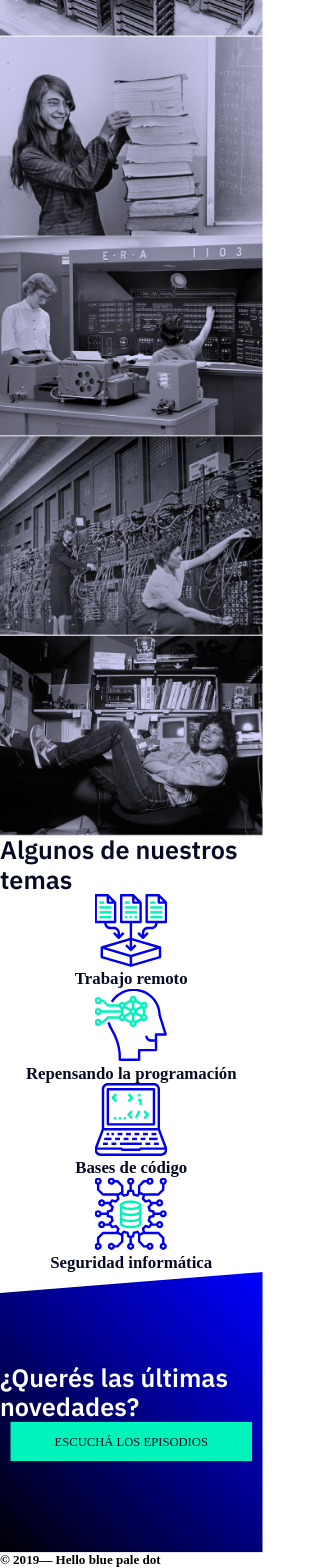
Repository: FedeGA93/podcast
Page: index.html
An editor plug-in stored every save of this project. The page is shown before and after the next save, followed by the edit.
The browser window is 375 px wide. The page is 375 px wide, then 473 px, so the pictures cover 473 px, including what lies to the right of the window. The pictures show the part of the page from y = 2855 to 5095 px (the page is 5095 px tall before and 4744 px after), at 70% of full size.
Some web libraries are served in a nearby version.

Above is the page before, as saved 2019-11-24 20:59:10.

### index.html
<!DOCTYPE html>
<html lang="es">

<head>
    <meta charset="UTF-8">
    <meta name="viewport" content="width=device-width, initial-scale=1.0">
    <meta http-equiv="X-UA-Compatible" content="ie=edge">
    <title>BlueDot</title>
    <link rel="stylesheet" href="styles/styles.css">
    <link href="https://fonts.googleapis.com/css?family=IBM+Plex+Mono|IBM+Plex+Sans:400,400i,500,600&display=swap"
        rel="stylesheet">
    <link rel="stylesheet" href="https://cdnjs.cloudflare.com/ajax/libs/font-awesome/5.11.2/css/all.css">
</head>

<body>
    <header>
        <div class="menu">
            <div>
                <img src="images/logo.svg" alt="Logo del podcast" class="responsive-logo">
            </div>
            <div>
                <nav>
                    <input type="checkbox" />
                    <span class="barras-negras-hamburger"></span>
                    <span class="barras-negras-hamburger"></span>
                    <span class="barras-negras-hamburger"></span>
                    <ul class="menu-child">
                        <li><a class="color-letras" href="#epi">EPISODIOS</a></li><br>
                        <li><a class="color-letras" href="#nos">NOSOTROS</a></li><br>
                        <li><a class="color-letras" href="#ent">ENTREVISTAS</a></li><br>
                        <li><a class="color-letras" href="#topi">TOPICOS</a></li><br>
                    </ul>
                </nav>
            </div>
        </div>
    </header>
    <main class="first-box">
        <div class="main-child">
            <h1>Hello <s>world</s> pale blue dot<strong class="strong-dot">.</strong></h1>
        </div>
        <div class="main-child">
            <p class="parrafos-general">El portal de podcasts que explora el mundo de la programación y <br> la
                tecnología.
                Nuevos episodios, todos los jueves cada 15 días.</p>
        </div>
        <div class="main-child">
            <article >
                <p><a class="btn cnmas"  href="#nos">CONOCÉ MÁS</a></p>
            </article>
        </div>
    </main>
    <section>

        <article class="fondo-azul-gradiente sec">
            <div class="corteuno"></div>
            <div class="cortedos"></div>

            <div>
                <p class="color-blanco pad" id="epi">Episodios</p>
            </div>

            <div class="flex-spotify">
                <iframe src="https://open.spotify.com/embed-podcast/show/2ySVrxGkN6n6frMTo9Nsrt" allowtransparency="true" frameborder="0" allow="encrypted-media"></iframe>


                <iframe src="https://open.spotify.com/embed-podcast/show/4kYCRYJ3yK5DQbP5tbfZby" allowtransparency="true" frameborder="0" allow="encrypted-media"></iframe>

                <iframe src="https://open.spotify.com/embed-podcast/episode/2VHYWRX1mHcZQS89y3z2Xv" frameborder="0" allowtransparency="true" allow="encrypted-media"></iframe>
                <iframe src="https://open.spotify.com/embed-podcast/show/2Iibd5A6R7mxkCm4NwNmUn" allowtransparency="true" frameborder="0" allow="encrypted-media"></iframe>
            </div>
    </section>
    <section>

        <div class="informacion">
            <article>
                <img src="images/phone.png" alt="El podcast en un telefono" class="phone">
            </article>
            <article>
                <h2 class="color-negro" id="nos">De dónde venimos</h2>

                <p class="parrafos-general limit-text">Our posturings, our imagined self-importance, the delusion that
                    we
                    have some
                    privileged position in the Universe, are challenged by this point of pale light. </p> <br>

                <p class="parrafos-general limit-text">
                    Our planet is a lonely speck in the great enveloping cosmic dark. In our obscurity, in all this
                    vastness, there is no hint that help will come from elsewhere to save us from ourselves.</p>

            </article>
        </div>

    </section>
    <section>
        <h2 class="color-negro paddie" id="ent">
            Invitadas/os Estelares
        </h2>

        <div class="photo-box">
            <img src="images/grace-hopper.png" alt="Foto de Grace Hopper" class="photos">
            <img src="images/Katie-Bouman.png" alt="Foto de Katie Bouman" class="photos">
            <img src="images/Margaret_Hamilton.png" alt="Margaret Hamilton" class="photos">
            <img src="images/computadora1950.png" alt="Una computadora del año 1950" class="photos">
            <img src="images/computadoraprogramable.png" alt="La primera computadora programable del mundo"
                class="photos">
            <img src="images/susan-kare.png" alt="Foto de Susan Kare" class="photos">

        </div>
    </section>
    <section>
        <h2 class="color-negro" id="topi">Algunos de nuestros temas</h2>
        <div>
            <section class="alineado">
                <article >
                    <img src="images/icon1.svg" alt="" class="theme-size">
                    <p class="temas">Trabajo remoto</p>
                </article>
                <article >
                    <img src="images/icon2.svg" alt="" class="theme-size">
                    <p class="temas">Repensando la programación</p>
                </article>

                <article >
                    <img src="images/icon3.svg" alt="" class="theme-size">
                    <p class="temas">Bases de código</p>
                </article>

                <article >
                    <img src="images/icon4.svg" alt="" class="theme-size">
                    <p class="temas">Seguridad informática</p>
                </article>
            </section>
        </div>
    </section>
    <section>
        <div class="fondo-azul-gradiente secfoot">
            <div class="corteuno"></div>
            <article>
                <h2 class="color-blanco">
                    ¿Querés las últimas novedades?
                </h2>
            </article>

            <article>
                <p> <a class="btn ele" href="#epi">ESCUCHÁ LOS EPISODIOS</a> </p>
            </article>

        </div>
    </section>

    <footer>
        <h3>© 2019— Hello blue pale dot </h3>
    </footer>
</body>

</html>

### styles/styles.css
* {
  margin: 0;
  padding: 0;
  border: 0;
  box-sizing: content-box;
}

.menu {
  display: flex;
  flex-flow: row;
  justify-content: space-between;
  padding: 22px 244px 120px 100px;
  position: static;
  top: 0;
  overflow: hidden;
}
.menu-child {
  display: flex;
  flex-flow: row wrap;
  text-decoration: none;
  list-style-type: none;
  justify-content: flex-end;
  text-indent: 20px;
}

.first-box {
  display: flex;
  flex-flow: column;
  padding: 0 13%;
}
.main-child {
  justify-content: center;
}
.color-letras:active {
  color: RGBA(6, 10, 36, 0.53);
}
.color-letras:hover {
  color: #00f3bb;
  text-decoration: line-through;
}
.color-letras {
  font-family: "IBM Plex Mono", monospace;
  font-size: 16px;
  color: #060a24;
  letter-spacing: 0;
  line-height: 28px;
  text-decoration: none;
}

h1 {
  font-family: "IBM Plex Sans", sans-serif;
  font-size: 64px;
  color: #060a24;
  letter-spacing: 0;
}
.strong-dot {
  font-family: "IBM Plex Sans", sans-serif;
  font-size: 64px;
  color: #0000ec;
  letter-spacing: 0;
}
.parrafos-general {
  font-family: "IBM Plex Mono", monospace;
  font-size: 16px;
  color: #060a24;
  letter-spacing: 0;
  line-height: 24px;
}

input {
  display: none;
}

.sec {
  position: relative;
  width: 100%;
  height: 115vh;
  overflow: hidden;
}
.secfoot {
  display: flex;
  justify-content: center;
  align-items: center;
  flex-direction: column;
  position: relative;
  width: 100%;
  height: 50vh;
  overflow: hidden;
}
.fondo-azul-gradiente {
  background-image: linear-gradient(225deg, #0000ff 0%, #000003 100%);
}

/* Cortes del fondo */

.corteuno {
  position: absolute;
  top: 0;
  left: 0;
  border-width: 0 0 8vw 100vw;
  border-style: solid;
  border-color: transparent #fff transparent;
}
.cortedos {
  position: absolute;
  bottom: 0;
  left: 0;
  border-width: 0 0 10vw 100vw;
  border-style: solid;
  border-color: transparent transparent #fff;
}

.color-blanco {
  font-family: 'IBM Plex Sans', sans-serif;
  font-size: 48px;
  color: #ffffff;
  letter-spacing: 0;
}.color-negro {
  font-family: "IBM Plex Sans", sans-serif;
  font-size: 48px;
  color: #060a24;
  letter-spacing: 0;
}
.informacion {
  display: flex;
  justify-content: flex-start;
  flex-direction: column;
  align-items: center;

}

.btn {
  display: flex;
  align-items: center;
  justify-content: center;
  background-color: #00f3bb;
  font-family: "IBMPlexMono", Medium;
  font-size: 18px;
  color: #060a24;
  letter-spacing: 0;
  text-align: center;
  line-height: 24px;
  text-decoration: none;
}
.btn:hover,
.btn:focus {
  background-image: linear-gradient(225deg, #0000fe 0%, #00f0b8 100%);
  color: #ffffff;

}
.cnmas{
  height: 56px;
  width: 226px;
}
.ele{
  width: 345px;
  height: 56px;

}

.flex {
  display: flex;
  flex-direction: row;
  flex-wrap: nowrap;
  justify-content: space-between;
}
.pad {
  padding:7% 12.76% 0;
}
.flex-spotify {
  display: flex;
  flex-flow: row wrap;
  padding: 2% 8% ;
}
.temas {
  font-family: "IBMPlexSans";
  font-weight: 600;
  font-size: 24px;
  color: #060a24;
  letter-spacing: 0;
  text-align: center;
}

.alineado {
  display: flex;
  flex-flow: row;
  justify-content: space-evenly;
  text-align: center;
}
.phone {
  position: relative;
  top: -311px;
  height: 660px;
  width: 457.6px;
  padding: 200px 64px 0 200px;
}
iframe {
  padding: 0 72px 72px 0;
  position: relative;
  z-index: 1;
  width:584px;
  height: 232px ;
}

.paddie {
  margin: -267px 0 36px 200px;
  z-index: 1;
}
.photos {
  width: 480px;
  height: 364px;
}
.photo-box {
  width:fit-content;
  display: grid;
  grid-template-columns: repeat(3, 0fr);
  grid-template-rows: repeat(2, 22vw);
}
.limit-text{
  width: 54%;
}
.theme-size{
  width: 104px;
  height: 104px;
}
/*
  ***************************************************
    ***********************************************
      ********************************************
        ****************************************
        *****************MOBILE*****************
        ****************************************
      ********************************************
     **********************************************
   **************************************************
 */

@media screen and (max-width: 600px) {
  * {
    margin: 0px;
    padding: 0;
    border: 0;
  }
  .barra-navegadora {
    display: none;
  }
  .menu{
    padding: 0px;
  }
  .seccion {
    width: 100%;
  }

  .responsive-logo {
    margin: 2.2% 87.5% 1.2% 2%;
  }
  .menu-child {
    display: none;
  }
  .menu-child:hover {
    display: block;
  }
  #burger {
    display: flex;
    justify-content: flex-end;
  }
  h1 {
    font-family: "IBM Plex Sans", sans-serif;
    font-size: 36px;
    color: #060a24;
    letter-spacing: 0;
    line-height: 42px;
  }

  p.parrafos-general {
    font-family: "IBM Plex Mono", monospace;
    font-size: 14px;
    color: #060a24;
    letter-spacing: 0;
    line-height: 22px;
  }
    h2.color-blanco {
    font-family: "IBM Plex Sans", sans-serif;
    font-size: 36px;
    color: #ffffff;
    letter-spacing: 0;
    line-height: 42px;
  }
  h2.color-negro {
    font-family: "IBM Plex Sans", sans-serif;
    font-size: 36px;
    color: #060a24;
    letter-spacing: 0;
    line-height: 42px;
  }
  .cnmas {
    height: 48px;
    width: 100%;
  }
  .barras-negras-hamburger {
    display: block;
    width: 33px;
    height: 4px;
    margin-bottom: 5px;
    position: relative;
    background: black;
    border-radius: 3px;
  }
  .sec{
    height: 138vh;
  }
  .phone{
    top:-60px;
    padding: 0;
    width: 360px;
    height: 519px;

  }
  .photo-box{
    grid-template-columns: repeat(1, 0);
    grid-template-rows: repeat(1, 16.5%);
  }
  .paddie{
    margin: 0;
  }
  .photos{
    height: auto;
    width: 100vw;
  }
  iframe{
    padding: 1%
  }
  .alineado{
    display: flex;
    flex-flow: column wrap;
    align-items: center;
  }
}
/*
  ***************************************************
    ***********************************************
      ********************************************
        ****************************************
         ***************TABLET*****************
        ****************************************
      ********************************************
     **********************************************
   **************************************************
 */

After the next save:
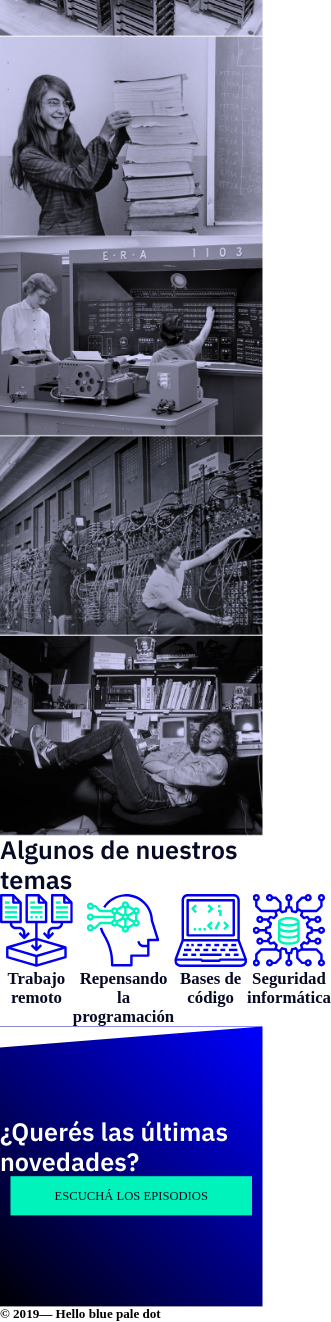
Saved 14 s later.
--- a/styles/styles.css
+++ b/styles/styles.css
@@ -330,11 +330,7 @@ iframe {
   iframe{
     padding: 1%
   }
-  .alineado{
-    display: flex;
-    flex-flow: column wrap;
-    align-items: center;
-  }
+
 }
 /*
   ***************************************************
